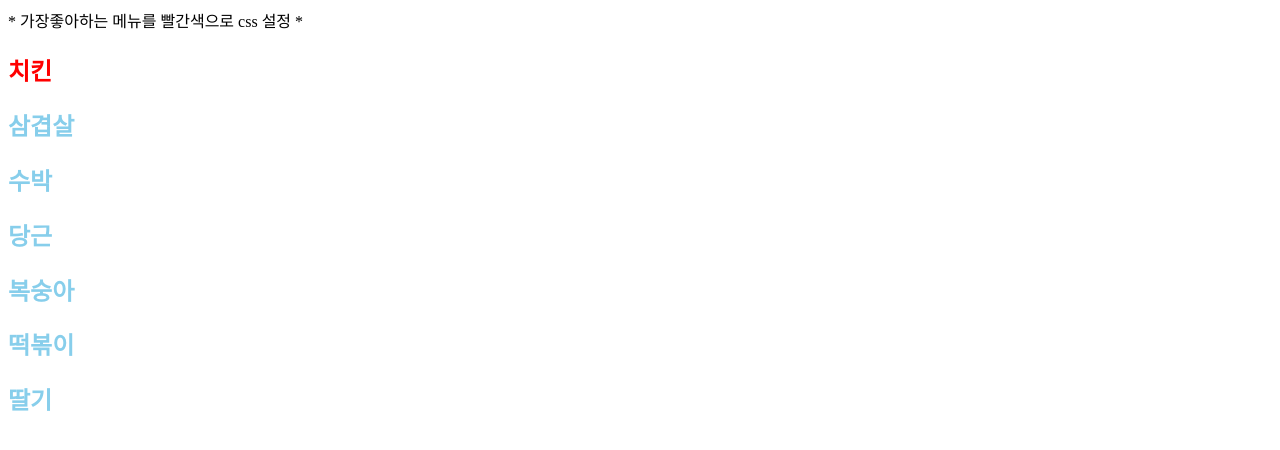
Repository: hminah0215/bitcamp
Page: http://localhost/day0218/exam01/ex04.jsp
These files come from the project's save history. The page is drawn as it stood at one moment and after the next save; the edit follows.
The browser window is 1280 px wide. The pictures show the whole page.
The page is served by Tomcat 9.

Above is the page before, as saved 2020-02-18 01:00:49.

### save_eclipse/day0218/WebContent/exam01/ex04.jsp
<%@ page language="java" contentType="text/html; charset=UTF-8"
    pageEncoding="UTF-8"%>
<!DOCTYPE html>
<html>
<head>
<meta charset="UTF-8">
<title>Insert title here</title>
<style type="text/css">
	h2{
		color: skyblue;
	}

	#best{
		color: red;
	}
</style>
</head>
<body>
	* 가장좋아하는 메뉴를 빨간색으로 css 설정 *
	<h2 id="best">치킨</h2>
	<h2>삼겹살</h2>
	<h2>수박</h2>
	<h2>당근</h2>
	<h2>복숭아</h2>
	<h2>떡볶이</h2>
	<h2>딸기</h2>
</body>
</html>

After the next save:
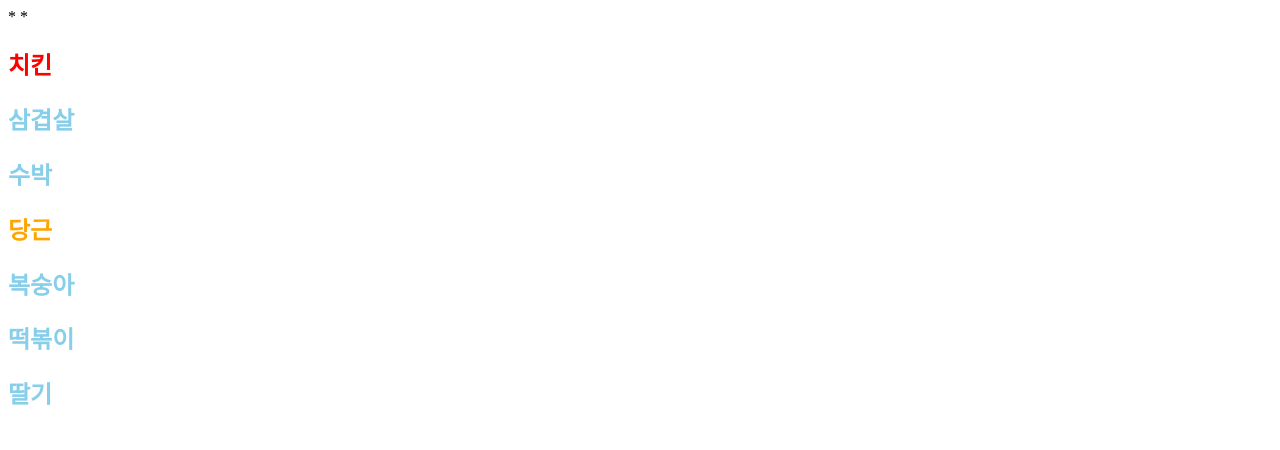
Saved 35 s later.
--- a/save_eclipse/day0218/WebContent/exam01/ex04.jsp
+++ b/save_eclipse/day0218/WebContent/exam01/ex04.jsp
@@ -16,11 +16,11 @@
 </style>
 </head>
 <body>
-	* 가장좋아하는 메뉴를 빨간색으로 css 설정 *
+	* *
 	<h2 id="best">치킨</h2>
 	<h2>삼겹살</h2>
 	<h2>수박</h2>
-	<h2>당근</h2>
+	<h2 style="color: orange">당근</h2>
 	<h2>복숭아</h2>
 	<h2>떡볶이</h2>
 	<h2>딸기</h2>
